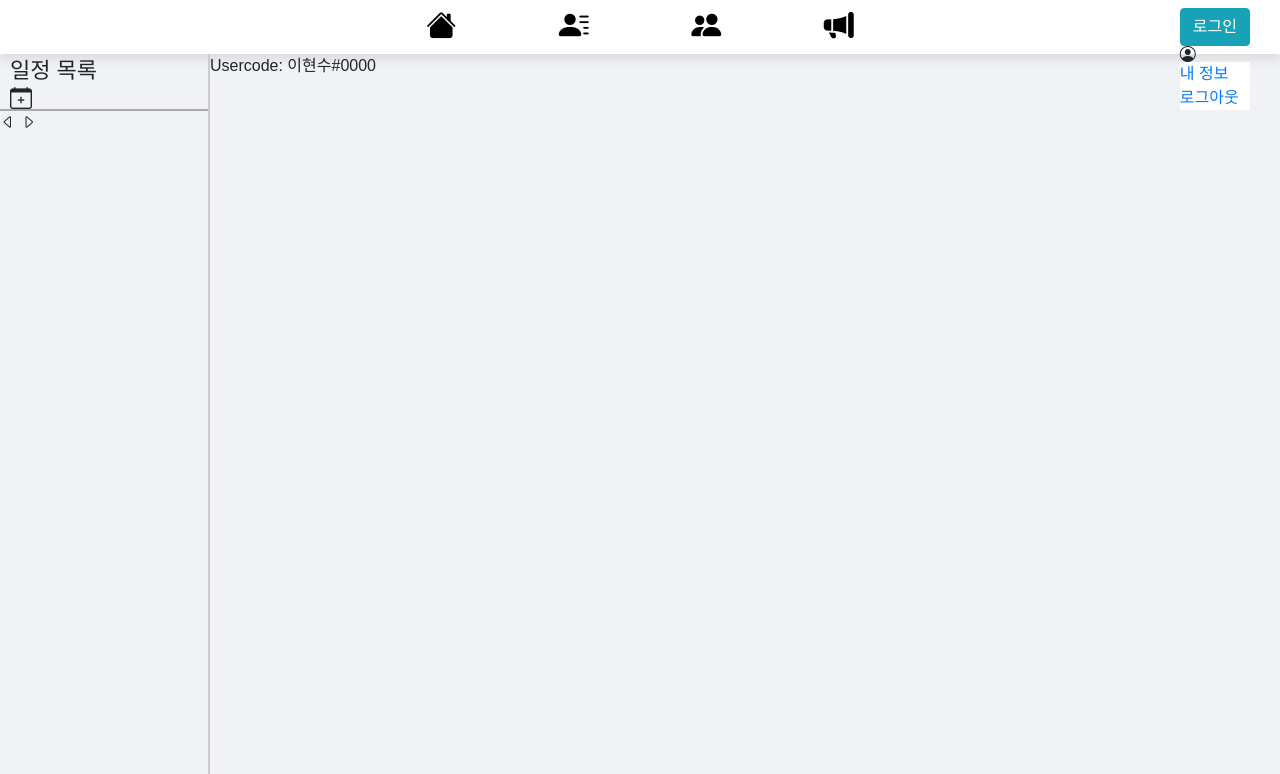
Repository: Hyeon330/Full_stack-code
Page: http://localhost/miniProject/
An editor plug-in stored every save of this project. The page is shown before and after the next save, followed by the edit.
The browser window is 1280 px wide. The pictures show the whole page.
Some web fonts or font styles are not loaded; a fallback is used. The page is served by Tomcat 9. Other server files are loaded and not shown.

Above is the page before, as saved 2022-03-20 09:07:20.

### 주요과제/Spring/miniProject/src/main/webapp/WEB-INF/views/home.jsp
<%@ page language="java" contentType="text/html; charset=utf-8" pageEncoding="utf-8"%>
<style>
#sidebar{
	height: 100%;
	width: 210px;
	border-right: 2px solid #ccc;
	overflow: hidden;
}
#sideTitle{
	padding: 0 10px;
	border-bottom: 2px solid #aaa;
}
#sideTitle > span {
	font-size: 22px;
}
#sideTitle > div {
	cursor: pointer;
	font-size: 20px;
	float: right;
}
</style>
<script type="text/javascript">
$(function(){
	// 다이얼로그 오픈
    $('#dialogOpen').click(function() {
        $('#dialog').dialog('open');
    });

    // 다이얼로그값 전체 리셋 함수
    const dialogReset = () => {
        $("#event-title").val('');
        $("#start-date").val('');
        $("#end-date").val('');
        $('#repet').each(function() {
            $(this).find('option:first').attr('selected',true);
        });
        $('#public').prop('checked', false);
        $('#event-color').val('#3788D8');
        $("#place").val('');
        $("#memo").val('');
    };

    // 다이얼로그 세팅
    $('#dialog').dialog({
        autoOpen: false, // 실행시 자동열림
        modal: true,
        buttons: {
            등록: function(){
                // ajax 처리
                dialogReset();
                $("#dialog").dialog('close');
            },
            초기화: dialogReset,
            취소: function(){
                dialogReset();
                $("#dialog").dialog('close');
            }
        }
    });

    // DatePicker 세팅
    $('#start-date, #end-date').datepicker({
        dateFormat: 'yy-mm-dd',
        monthNames: ['1월', '2월', '3월', '4월', '5월', '6월', '7월', '8월', '9월', '10월', '11월', '12월'],
        monthNamesShort: ['1월', '2월', '3월', '4월', '5월', '6월', '7월', '8월', '9월', '10월', '11월', '12월'],
        dayNames: ['일', '월', '화', '수', '목', '금', '토'],
        dayNamesMin: ['일', '월', '화', '수', '목', '금', '토'],
        showMonthAfterYear: true,
        yearSuffix: '년'
    });
});
</script>
<div id="sidebar">
    <div id="sideTitle">
        <span>일정 목록</span>
        <span>
        <div id="dialogOpen"><i class="bi bi-calendar-plus"></i></div>
        </span>
    </div>
    <div id="sideMonth">
        <i class="bi bi-caret-left" onclick="prevMonth()"></i>
        <span></span>
        <i class="bi bi-caret-right" onclick="nextMonth()"></i>
    </div>
    <div id="sideMain">
        <div id="listbox">
        </div>
    </div>
</div>
<!-- 다이얼로그 창 -->
<div id="dialog" title="일정 등록">
    <ul>
        <li><input type="text" id="event-title" name="event-title"  placeholder="제목"></li>
        <li><input type="text" id="start-date" name="start-date" placeholder="시작날짜(년-월-일)"></li>
        <li><input type="text" id="end-date" name="end-date" placeholder="종료날짜(년-월-일)"></li>
        <li>
            <select name="repet" id="repet">
                <option value="N">반복안함</option>
                <option value="D">매일반복</option>
                <option value="W">매주반복</option>
                <option value="M">매달반복</option>
                <option value="Y">매년반복</option>
            </select>
        </li>
        <li><label for="public">Public</label><input type="checkbox" id="public" name="public"></li>
        <li><label for="event-color">이벤트 색상</label><input type="color" id="event-color" name="event-color" value="#3788D8"></li>
        <li><input type="text" id="place" name="place" placeholder="장소"></li>
        <li><input type="text" id="memo" name="memo" placeholder="메모"></li>
    </ul>
</div>

### 주요과제/Spring/miniProject/src/main/webapp/inc/top.jspf
<%@ page language="java" contentType="text/html; charset=utf-8" pageEncoding="utf-8"%>
<%@ taglib uri="http://java.sun.com/jsp/jstl/core" prefix="c" %>
<c:set var="url" value="<%=request.getContextPath() %>"/>
<html>
<head>
<meta charset="UTF-8">
<title>Insert title here</title>
	<!-- 부트스트랩4, 부트스트랩 icon CSS -->
	<link rel="stylesheet" href="https://cdn.jsdelivr.net/npm/bootstrap-icons@1.8.1/font/bootstrap-icons.css">
    <link rel="stylesheet" href="https://cdn.jsdelivr.net/npm/bootstrap@4.6.1/dist/css/bootstrap.min.css" integrity="sha384-zCbKRCUGaJDkqS1kPbPd7TveP5iyJE0EjAuZQTgFLD2ylzuqKfdKlfG/eSrtxUkn" crossorigin="anonymous">

    <!-- jquery, 플러그인 CDN -->
    <link rel="stylesheet" href="${url}/jquery-ui/jquery-ui.min.css">
    <script src="https://ajax.googleapis.com/ajax/libs/jquery/3.6.0/jquery.min.js"></script>
    <script src="${url}/jquery-ui/jquery-ui.min.js"></script>

    <!-- 부트스트랩4 JS -->
    <script src="https://cdn.jsdelivr.net/npm/bootstrap@4.6.1/dist/js/bootstrap.bundle.min.js" integrity="sha384-fQybjgWLrvvRgtW6bFlB7jaZrFsaBXjsOMm/tB9LTS58ONXgqbR9W8oWht/amnpF" crossorigin="anonymous"></script>

    <!-- 풀캘린더 API -->
	<link href='${url}/fullcalendar/main.css' rel='stylesheet' />
    <script src='${url}/fullcalendar/main.js'></script>

    <link rel="stylesheet" href="${url}/css/base.css" type="text/css">
    <link rel="stylesheet" href="${url}/css/header.css" type="text/css">

</head>
<body>
<div id="header">
	<div id="icons">
	    <a href="index.html" class="disableLink"><i class="bi bi-house-fill" title="Home"></i></a>
	    <a href="friends.html"><i class="bi bi-person-lines-fill" title="Friends"></i></a>
	    <a href="#"><i class="bi bi-people-fill" title="Group"></i></a>
	    <a href="#"><i class="bi bi-megaphone-fill" title="Announcement"></i></a>
	</div>
    <div id="info">
        <a id="login-btn" href="${url}/login" type="button" class="btn btn-info">로그인</a>
        <div>
            <div id="userinfo">
                <i class="bi bi-person-circle"></i>
            </div>
        </div>
        <div id="info_menu">
            <ul>
                <a href="#"><li>내 정보</li></a>
                <a href="#"><li>로그아웃</li></a>
            </ul>
        </div>
    </div>
</div>
<div id="main">

### 주요과제/Spring/miniProject/src/main/webapp/inc/main.jspf
<%@ page language="java" contentType="text/html; charset=utf-8" pageEncoding="utf-8"%>
<%@ taglib uri="http://java.sun.com/jsp/jstl/core" prefix="c" %>
<div id="contentsBack">
	<div id=contents>
		<div id='usercode'>Usercode: 이현수#0000</div>
		<div id='calendar'></div>
		<!-- <script src="js/myCalendar.js"></script> -->
	</div>
</div>
</div>
</body>
</html>

### 주요과제/Spring/miniProject/src/main/webapp/css/base.css
@charset "UTF-8";
@import url('https://fonts.googleapis.com/css2?family=Do+Hyeon&display=swap');
body, div, p, ul, li {
	margin: 0;
	padding: 0;
}
ul, li{
	list-style-type: none;
}
ul {
	background: #fff;
}
body {
	background-color: #f0f2f5;
	font-family: 'Do Hyeon', sans-serif;
}
#main > div{
	float: left;
}

### 주요과제/Spring/miniProject/src/main/webapp/css/header.css
@charset "UTF-8";
#header {
	background-color: #fff;
	height: 54px;
	box-shadow: 0px 5px 10px rgba(0,0,0,0.1);
}
#icons{
	display: flex;
	justify-content: space-around;
	width: 530px;
	height: 54px;
	margin: 0 auto;
}
#icons > *{
	font-size: 30px;
	margin-top: 10px;
}
#icons a, #icons a:link, #icons a:visited{
	color: black;
}
#icons a:hover{
	color: #888;
	text-decoration: none;
}
#info {
	position: absolute;
	top: 8px;
	right: 30px;
}

Loaded but not shown: 주요과제/Spring/miniProject/src/main/webapp/jquery-ui/jquery-ui.min.css (library); 주요과제/Spring/miniProject/src/main/webapp/jquery-ui/jquery-ui.min.js (library); 주요과제/Spring/miniProject/src/main/webapp/fullcalendar/main.js (library); 주요과제/Spring/miniProject/src/main/webapp/fullcalendar/main.css (1494 lines, source omitted)

After the next save:
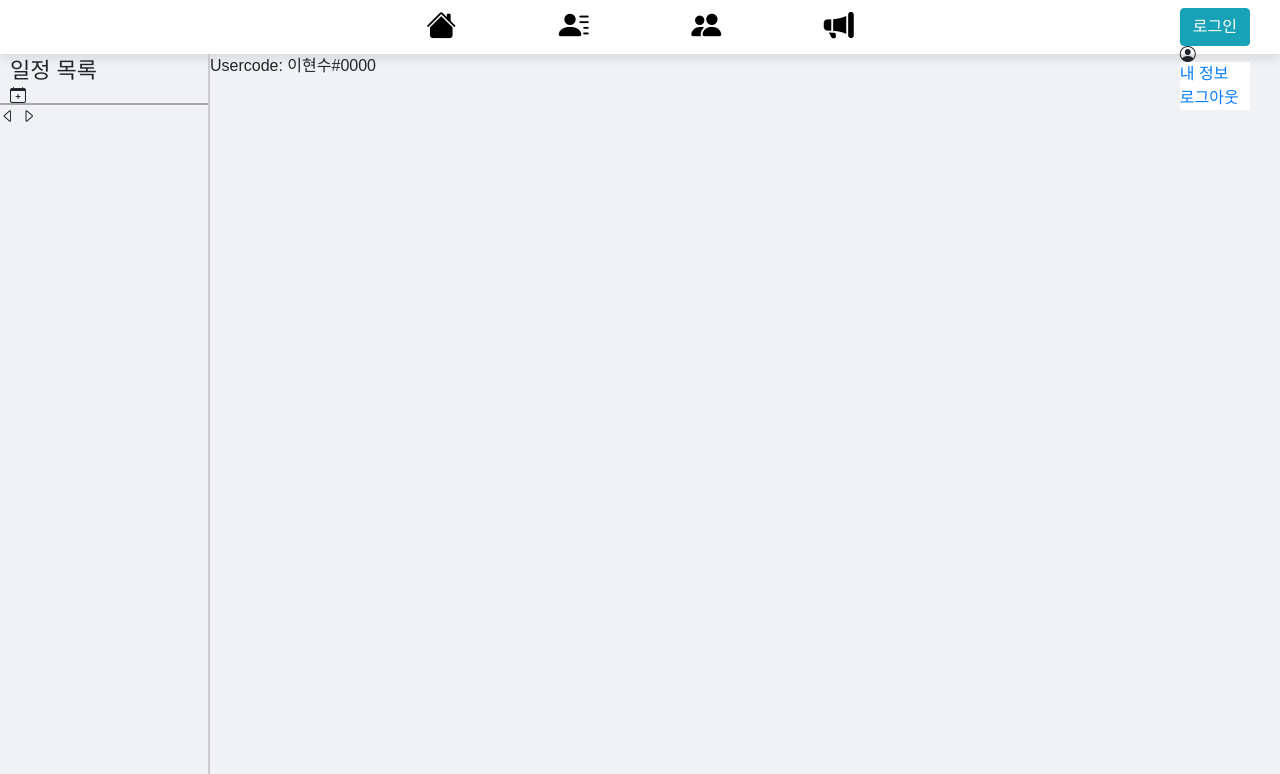
Saved 15 s later.
--- a/주요과제/Spring/miniProject/src/main/webapp/WEB-INF/views/home.jsp
+++ b/주요과제/Spring/miniProject/src/main/webapp/WEB-INF/views/home.jsp
@@ -10,7 +10,7 @@
 	padding: 0 10px;
 	border-bottom: 2px solid #aaa;
 }
-#sideTitle > span {
+#sideTitle > span:first-child {
 	font-size: 22px;
 }
 #sideTitle > div {
